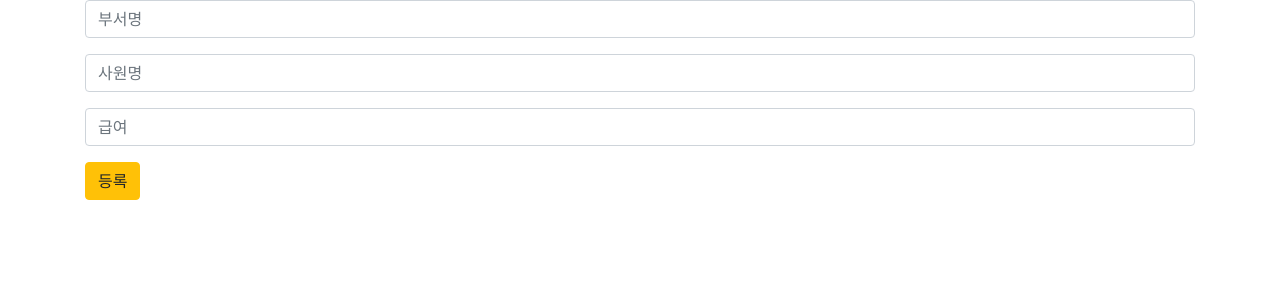
Repository: mijeon/jsp_workspace
Page: http://localhost/MVCApp3/emp/regist.jsp
An editor plug-in stored every save of this project. The page is shown before and after the next save, followed by the edit.
The browser window is 1280 px wide. The pictures show the whole page.
The page is served by Tomcat 9. Other server files are loaded and not shown.

Above is the page before, as saved 2023-02-07 01:09:55.

### MVCApp3/src/main/webapp/emp/regist.jsp
<%@ page contentType="text/html;charset=UTF-8"%>
<!DOCTYPE html>
<html>
<head>
<meta charset="UTF-8">
<title>Insert title here</title>
<!-- Latest compiled and minified CSS -->
<link rel="stylesheet" href="https://cdn.jsdelivr.net/npm/bootstrap@4.6.2/dist/css/bootstrap.min.css">
<!-- jQuery library -->
<script src="https://ajax.googleapis.com/ajax/libs/jquery/3.6.1/jquery.min.js"></script>
<!-- Popper JS -->
<script src="https://cdn.jsdelivr.net/npm/popper.js@1.16.1/dist/umd/popper.min.js"></script>
<!-- Latest compiled JavaScript -->
<script src="https://cdn.jsdelivr.net/npm/bootstrap@4.6.2/dist/js/bootstrap.bundle.min.js"></script>
</head>
<body>
	<div class="container">
		<div class="row">
			<div class="col">
				<div class="form-group">
					<input type="text" class="form-control" name="dname" placeholder="부서명">
				</div>
				<div class="form-group">
					<input type="text" class="form-control" name="ename" placeholder="사원명">
				</div>
				<div class="form-group">
					<input type="text" class="form-control" name="sal" placeholder="급여">
				</div>
				<div class="form-group">
					<button type="button" class="btn btn-warning" id="bt_regist">등록</button>
				</div>
			</div>
		</div>
	</div>
</body>
</html>

After the next save:
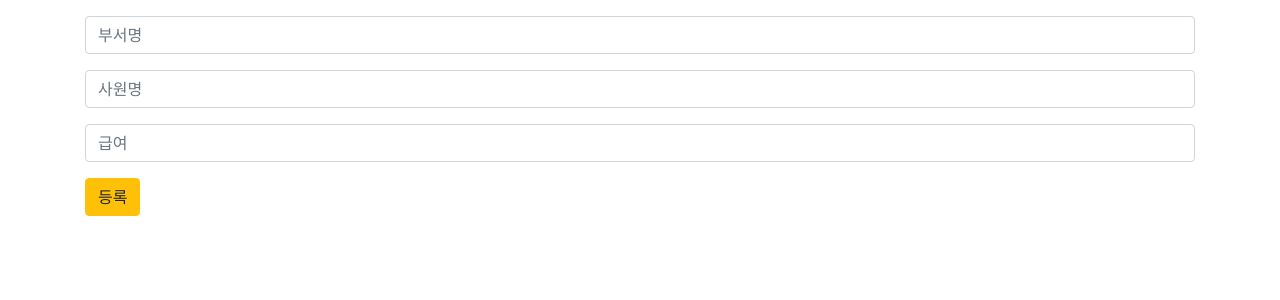
Saved 73 s later.
--- a/MVCApp3/src/main/webapp/emp/regist.jsp
+++ b/MVCApp3/src/main/webapp/emp/regist.jsp
@@ -14,7 +14,7 @@
 <script src="https://cdn.jsdelivr.net/npm/bootstrap@4.6.2/dist/js/bootstrap.bundle.min.js"></script>
 </head>
 <body>
-	<div class="container">
+	<div class="container mt-3">
 		<div class="row">
 			<div class="col">
 				<div class="form-group">
